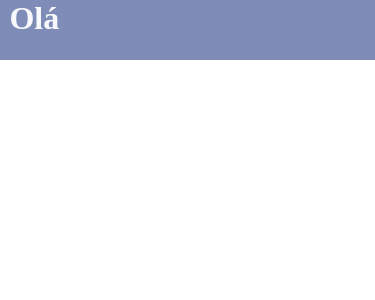
Repository: SauloMorais01/mysitefront-end
Page: index.html
The author's editor kept a copy of each file at every save. The page is drawn from the files as they stood at one save, then again after the next save.
The browser window is 375 px wide. The pictures show the whole page.

Above is the page before, as saved 2024-10-31 20:55:02.

After the next save:
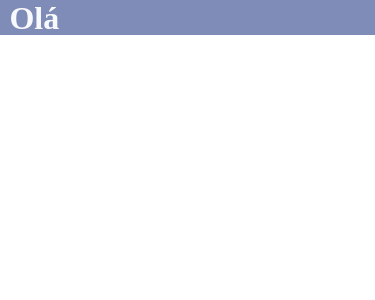
Saved 24 s later.
--- a/src/css/style.css
+++ b/src/css/style.css
@@ -103,7 +103,7 @@ body {
     }
 
     header {
-        height: 60px;
+        height: 35px;
     }
 }
 
